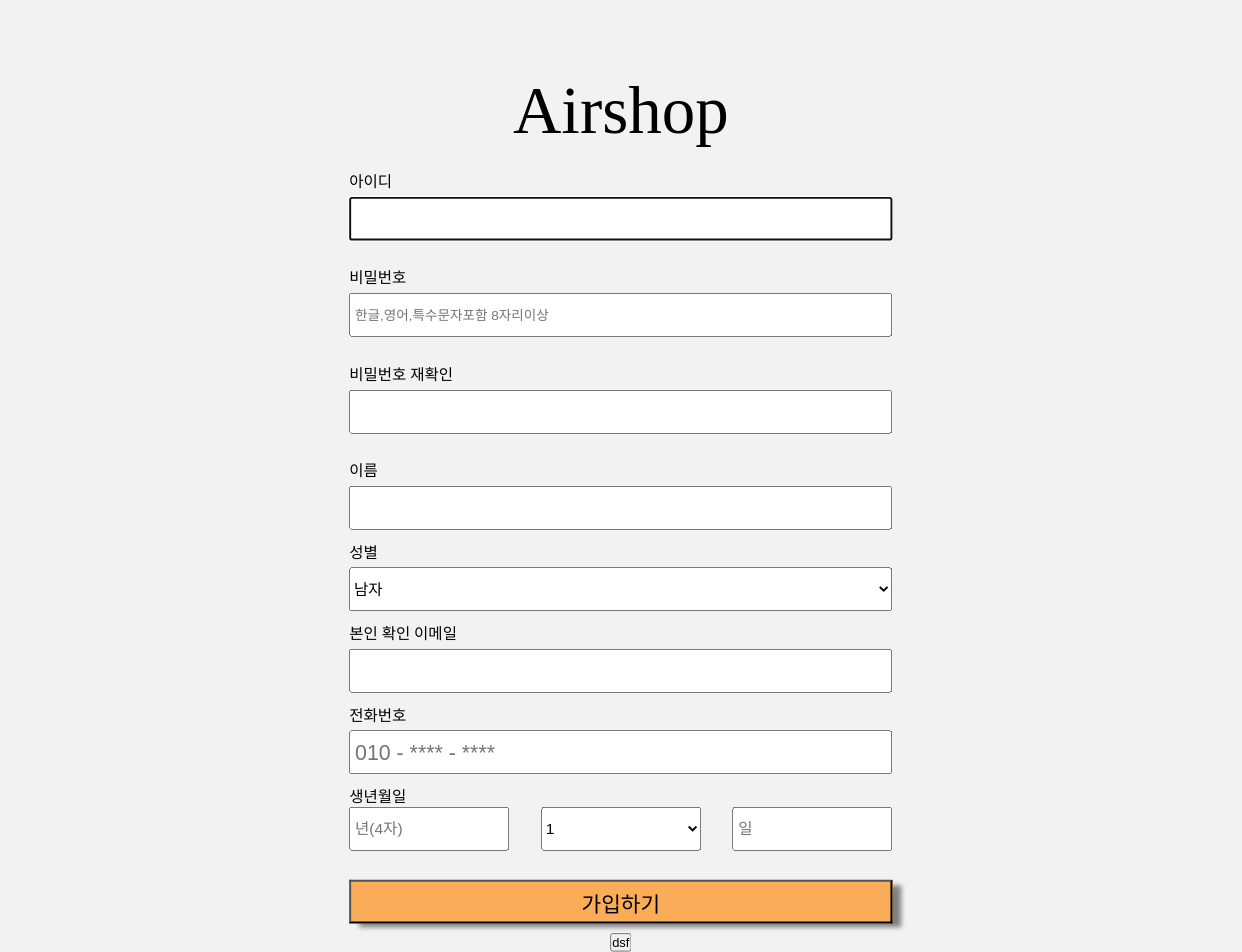
Repository: seungsu12/carrot
Page: http://localhost/carrot/signup.jsp
The author's editor kept a copy of each file at every save. The page is drawn from the files as they stood at one save, then again after the next save.
The browser window is 1280 px wide. The pictures show the whole page, at 97% of full size.
The page is served by Tomcat 9.

Above is the page before, as saved 2021-07-19 11:27:47.

After the next save:
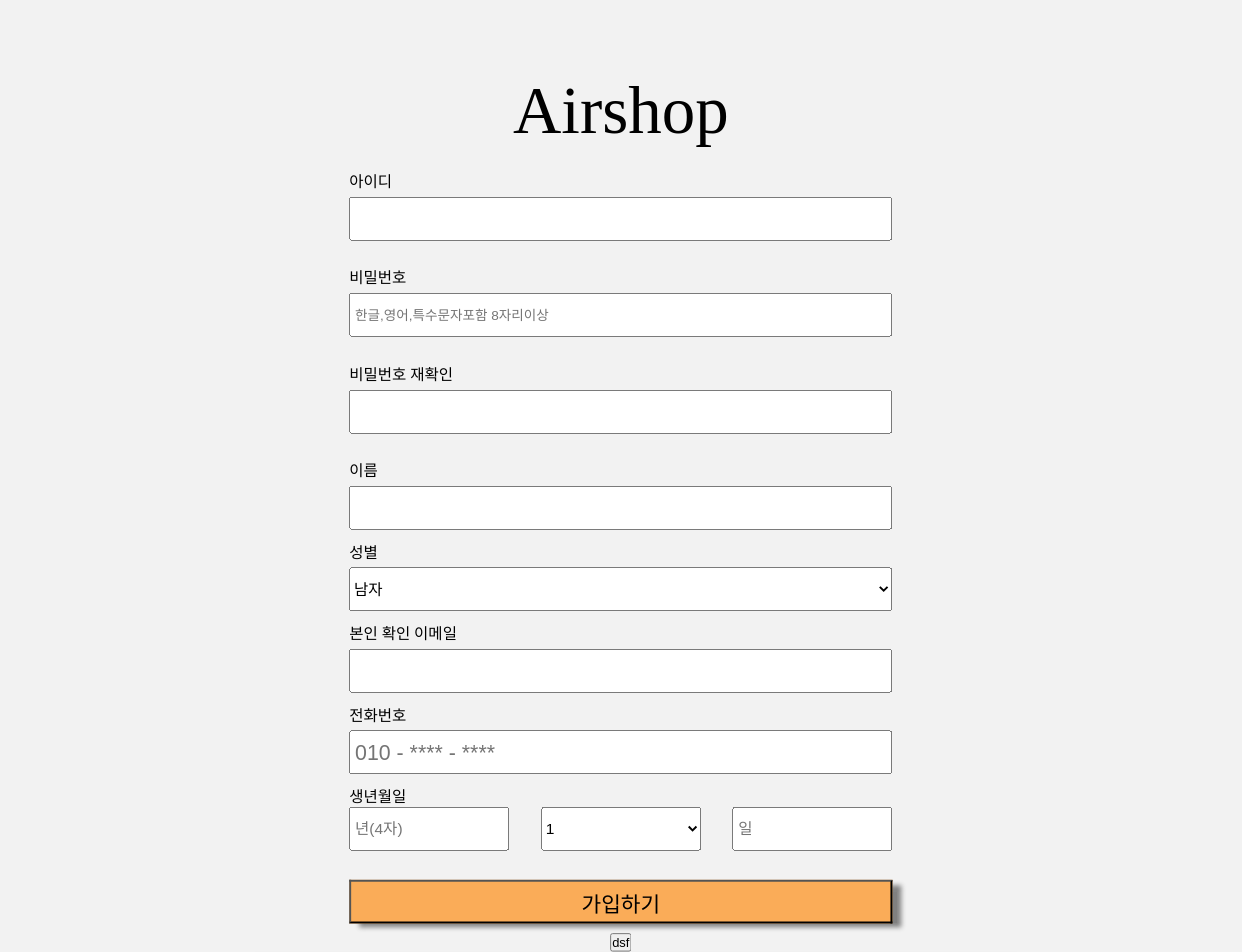
Saved 66 s later.
--- a/carrot/WebContent/signup.jsp
+++ b/carrot/WebContent/signup.jsp
@@ -36,7 +36,7 @@
 
 			<div class="sign_box">
 				<label for="sign_id">아이디</label>
-				<input type="text" name="id" id="sign_id" autofocus>
+				<input type="text" name="id" id="sign_id" >
 				<span class="sign_text" id="id_text"></span>
 			</div>
 
